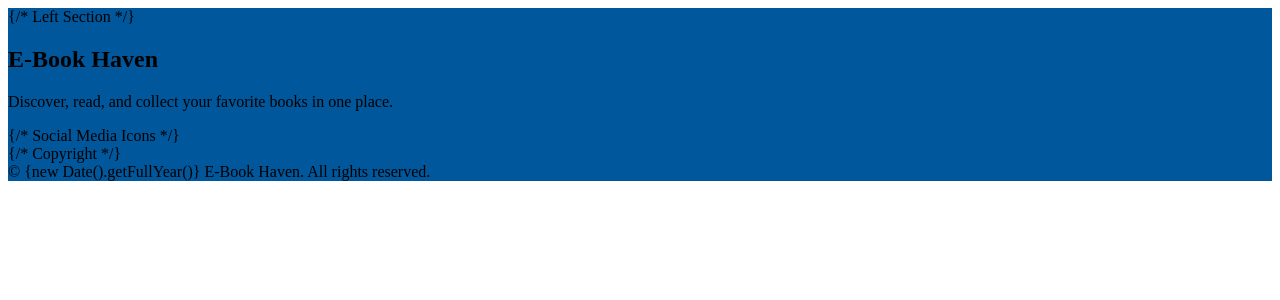
Repository: UmmeAyesha22/E-book-Shop
Page: http://localhost/Ebook-App/all_component/footer.jsp
The author's editor kept a copy of each file at every save. The page is drawn from the files as they stood at one save, then again after the next save.
The browser window is 1280 px wide. The pictures show the whole page.
The page is served by Tomcat 9.

Above is the page before, as saved 2025-02-15 05:37:02.

After the next save:
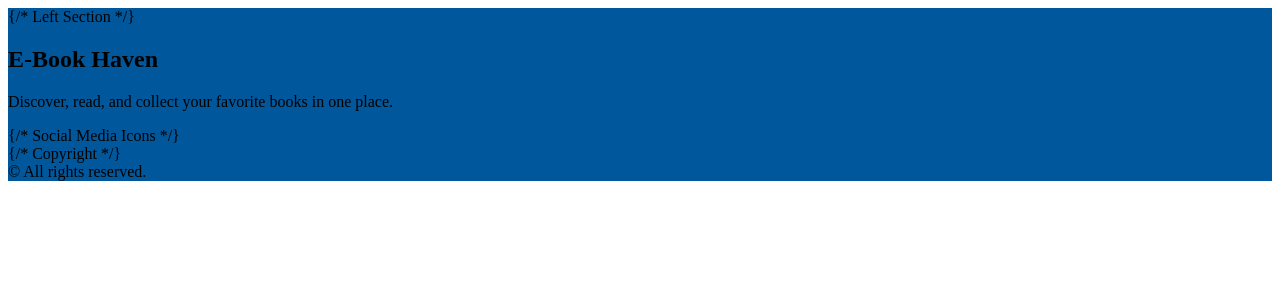
Saved 35 s later.
--- a/Ebook-App/src/main/webapp/all_component/footer.jsp
+++ b/Ebook-App/src/main/webapp/all_component/footer.jsp
@@ -27,7 +27,7 @@
 
       {/* Copyright */}
       <div className="text-center text-gray-500 text-sm mt-4">
-        &copy; {new Date().getFullYear()} E-Book Haven. All rights reserved.
+        &copy; All rights reserved.
       </div>
 
 </div>
